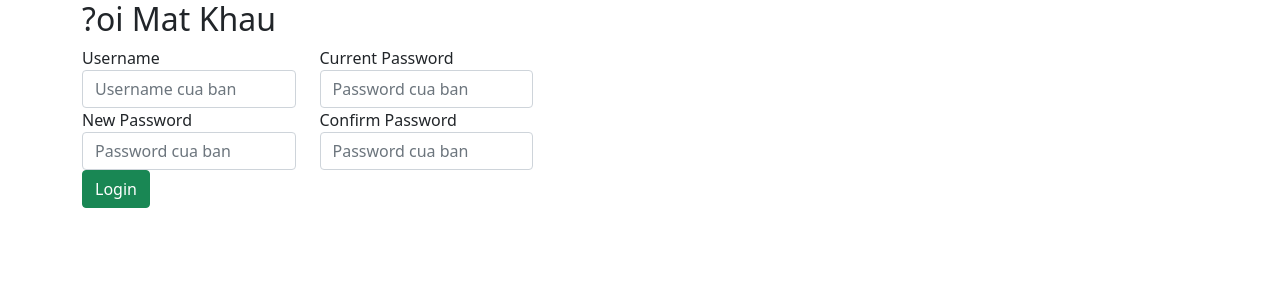
Repository: kiennd3921/AssJava4
Page: http://localhost/Assignment/view/auth/DoiMatKhau.jsp
The author's editor kept a copy of each file at every save. The page is drawn from the files as they stood at one save, then again after the next save.
The browser window is 1280 px wide. The pictures show the whole page.
The page is served by Tomcat 9.

Above is the page before, as saved 2021-04-15 15:19:13.

After the next save:
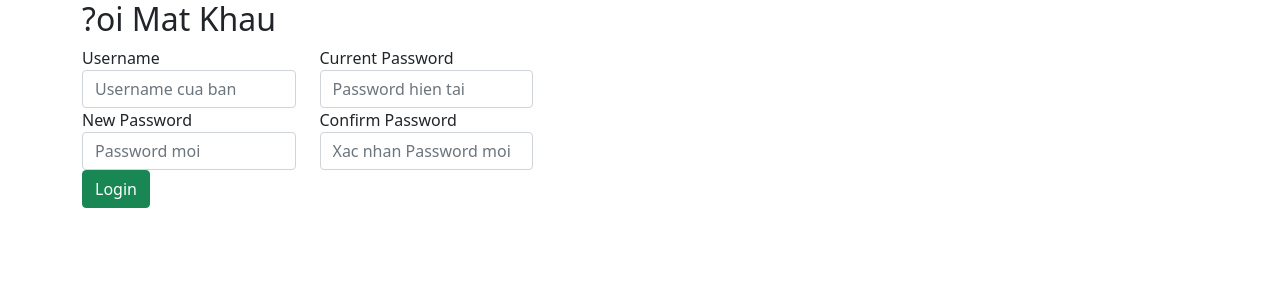
Saved 39 s later.
--- a/PT15307-UD/Assignment/WebContent/view/auth/DoiMatKhau.jsp
+++ b/PT15307-UD/Assignment/WebContent/view/auth/DoiMatKhau.jsp
@@ -28,19 +28,19 @@
 						</div>
 						<div class="col">
 							<label>Current Password</label> <input type="password"
-								class="form-control" placeholder="Password cua ban" required
+								class="form-control" placeholder="Password hien tai" required
 								name="">
 						</div>
 					</div>
 					<div class="row">
 						<div class="col">
 							<label>New Password</label> <input type="password"
-								class="form-control" placeholder="Password cua ban" required
+								class="form-control" placeholder="Password moi" required
 								name="">
 						</div>
 						<div class="col">
 							<label>Confirm Password</label> <input type="password"
-								class="form-control" placeholder="Password cua ban" required
+								class="form-control" placeholder="Xac nhan Password moi" required
 								name="">
 						</div>
 					</div>
